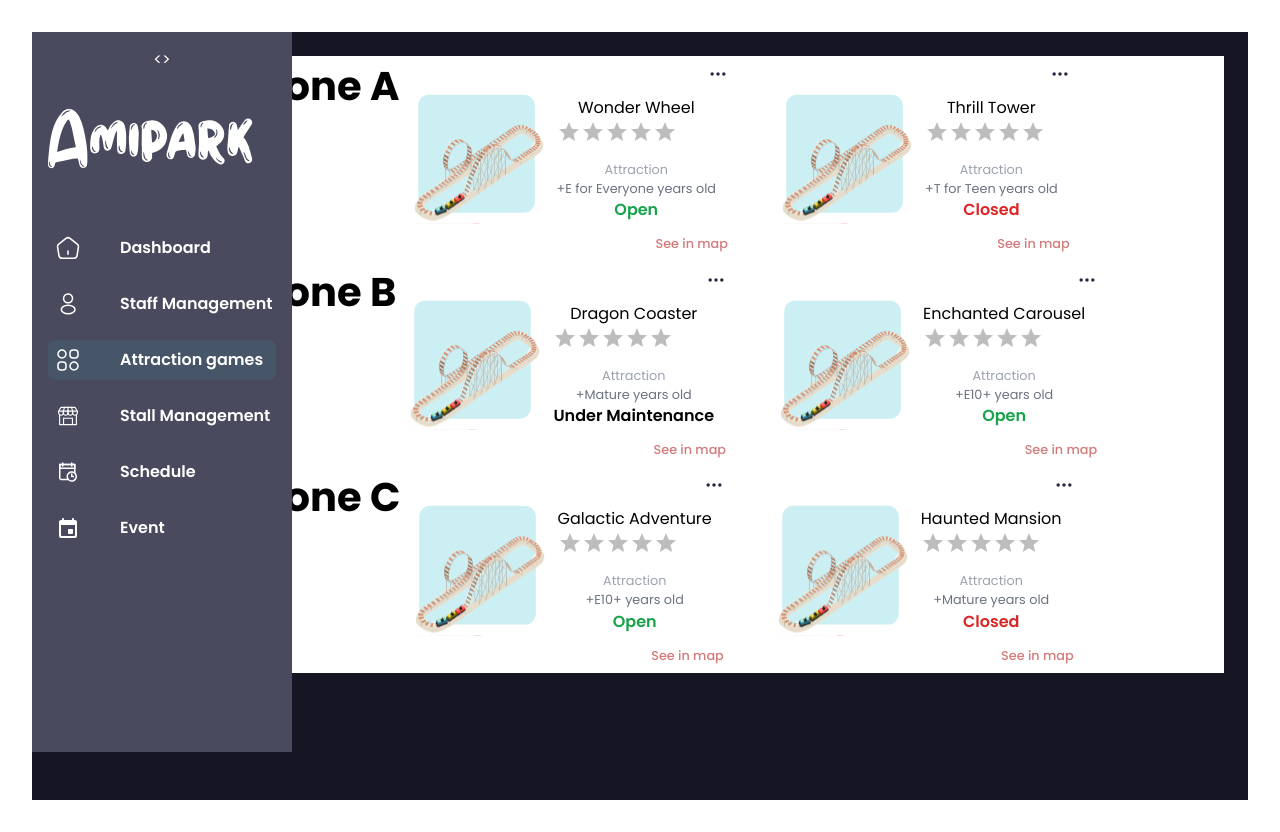
Repository: ImedBousakhria/BDD_AmusementPark_Management-Info
Page: /Attraction (app in client/)
The author's editor kept a copy of each file at every save. The page is drawn from the files as they stood at one save, then again after a run of saves.
The browser window is 1280 px wide. The pictures show the whole page.
The project was rebuilt for these pictures with package versions that can differ from the ones it lists, and the page was loaded fresh each time. Also part of the build but not shown: client/vite.config.js, client/src/SignIn.jsx, client/src/Signup.jsx, client/src/LandingPage.jsx, client/src/components/Selector.jsx, client/src/Schedule.jsx, client/src/components/charts/AttendanceBars.jsx, client/src/components/charts/AttractionBars.jsx and 9 more.

Above is the page before, as saved 2024-01-10 14:33:39.

### client/src/App.jsx
import React from "react";
import ReactDOM from "react-dom/client";
import { createRoot } from "react-dom/client";

import { BrowserRouter, Routes, Route } from "react-router-dom";

import SignIn from "./SignIn.jsx";
import SignUp from "./Signup.jsx";
import "./index.css";
import LandingPage from "./LandingPage.jsx";
import Schedule from "./Schedule.jsx";
import Dashboard from "./Dashboard.jsx";
import HomeLayout from "./components/super/HomeLayout.jsx";
import Attractions from "./Attractions.jsx";
import Event from "./Event.jsx";
import Stall from "./Stall.jsx";
import Staff from "./Staff.jsx";

const App = () => {
  return (
    <BrowserRouter>
      <Routes>
        <Route path={"/"} element={<LandingPage />} />

        <Route path={"/Signup"} element={<SignUp />} />
        <Route path={"/Signin"} element={<SignIn />} />
        <Route
          path={"/Schedule"}
          element={<HomeLayout pageComponent={<Schedule />} />}
        />
        <Route
          path={"/Home"}
          element={<HomeLayout pageComponent={<Dashboard />} />}
        />
        <Route
          path={"/Attraction"}
          element={<HomeLayout pageComponent={<Attractions />} />}
        />
        <Route
          path={"/Event"}
          element={<HomeLayout pageComponent={<Event />} />}
        />
        <Route
          path={"/Stall"}
          element={<HomeLayout pageComponent={<Stall />} />}
        />
        <Route
          path={"/Staff"}
          element={<HomeLayout pageComponent={<Staff />} />}
        />
      </Routes>
    </BrowserRouter>
  );
};

export default App;

const root = createRoot(document.getElementById("root"));
root.render(<App />);

### client/src/index.css
@import url("https://fonts.googleapis.com/css2?family=Poppins:wght@100;300;400;500;600;700&display=swap");

@tailwind base;
@tailwind components;
@tailwind utilities;

@layer base {
  a {
    @apply cursor-pointer;
  }
  h1 {
    @apply text-[50px] font-bold;
  }
  h2 {
    @apply text-[2.5rem] font-bold;
  }
  p {
  }
  h3 {
  }
  h4 {
    @apply text-[1rem] font-semibold;
  }
  textarea {
  }
  input {
  }
  select {
  }
}

* {
  font-family: "Poppins", sans-serif;
  box-sizing: border-box;
  padding: 0;
  margin: 0;
}

.bg-grad {
  background: linear-gradient(180deg, transparent 0%, #272741 80%);
}

.VerticalAppointment-content {
  width: max-content;
  color: "#333" !important ;
}
.Appointment-appointment {
  color: "#333" !important ;
}

.MainLayout-stickyElement {
  color: "#fff" !important;
}

.css-1675apn-MuiTableCell-root .Cell-highlightedText {
}


.nav-item::after {
  content: "";
  display: block;
  width: 0;
  height: 2px;
  margin-top: 2px;
  background-color: rgb(102, 209, 243);
  transition: width 0.3s;
}

.nav-item:hover::after {
  width: 100%;
}

.VerticalAppointment-title, .VerticalAppointment-textContainer {
  @apply text-gray-400 font-light
}

### client/src/components/super/HomeLayout.jsx
import React, { useState } from "react";
import SideBar from "./SideBar";

const HomeLayout = ({ pageComponent }) => {
  const [isSidebarOpen, setIsSidebarOpen] = useState(true);

  return (
    <div className=" flex bg-darkBG">
      <div
        className={` transition-all duration-300 ${
          isSidebarOpen ? " basis-[17%] " : " basis-[9%]"
        } `}
      >
        <SideBar
          isSidebarOpen={isSidebarOpen}
          setIsSidebarOpen={setIsSidebarOpen}
        />
      </div>

      <div
        className={` ${
          isSidebarOpen ? " basis-[80%] " : " basis-[80%]"
        } h-full w-full m-6 `}
      >
        {pageComponent}
      </div>
    </div>
  );
};

export default HomeLayout;

### client/src/Attractions.jsx
import React from "react";
import StaffList from "./components/StaffList";
import { zones } from "./consts";
import GameCard from "./components/GameCard";

const Attractions = () => {
  return (
    <div className="flex min-h-screen">
      <div className=" w-full">
        {zones.map((zone, zoneIndex) => (
          <div key={zoneIndex} className="bg-white flex">
            <h2>{zone.title}</h2>
            <div className="flex gap-[2rem]">
              {zone.games.map((game, gameIndex) => (
                <GameCard attraction={game} />
              ))}
            </div>
          </div>
        ))}
      </div>

      {/* <div className="basis-[60%]">
        <StaffList />
      </div> */}
    </div>
  );
};

export default Attractions;

### client/src/components/GameCard.jsx
import React, { useState } from "react";
import game from "../assets/icons/game.svg";
import moredots from "../assets/icons/moredots.svg";
import Rating from "@material-ui/lab/Rating";

const GameCard = ({attraction}) => {
  return (
    <div className="flex flex-col bg-white h-max w-max rounded-md p-2">
      <img
        src={moredots}
        className=" w-5 place-self-end cursor-pointer hover:opacity-60"
        alt=""
      />
      <div className="flex">
        <img src={game} alt="" />
        <Details
          title={attraction.title}
          genre={"Attraction"}
          age={attraction.ageRating}
          currentStatus={attraction.status}
        />
      </div>
      <small className=" text-customPink font-medium cursor-pointer place-self-end">
        See in map
      </small>
    </div>
  );
};

export default GameCard;

const Details = ({ title, userType, genre, age, currentStatus }) => {
  const [value, setValue] = useState(0);

  let statusColorClass = "";

  switch (currentStatus) {
    case "Open":
      statusColorClass = "text-green-600";
      break;
    case "Closed":
      statusColorClass = "text-red-600";
      break;
    case "Under maintenance":
      statusColorClass = "text-orange-600";
      break;
    default:
      statusColorClass = "";
  }

  return (
    <div className="flex flex-col p-3">
      <h3>{title}</h3>
      <Rating
        name="simple-controlled"
        value={value}
        readOnly={userType}
        onChange={(event, newValue) => {
          setValue(newValue);
        }}
      />
      <small className=" text-gray-400 mt-4">{genre}</small>
      <small className=" text-gray-500">+{age} years old</small>
      <p className={` ${statusColorClass} font-semibold`}>{currentStatus}</p>
    </div>
  );
};

### client/src/components/super/SideBar.jsx
import React, { useState } from "react";
import logo from "../../assets/icons/logo.svg";
import game from "../../assets/nav icons/attractions.svg";
import dashboard from "../../assets/nav icons/dashboard.svg";
import event from "../../assets/nav icons/event.svg";
import schedule from "../../assets/nav icons/schedule.svg";
import staff from "../../assets/nav icons/staff.svg";
import stall from "../../assets/nav icons/stall.svg";
import { Link, useLocation } from "react-router-dom";
import { motion } from "framer-motion";

const SideBar = ({ isSidebarOpen, setIsSidebarOpen }) => {
  const location = useLocation();
  const sidebarVariants = {
    open: { width: "260px" }, // Width while SideBar's open
    closed: { width: "70px" }, // Closed
  };

  const sidebarTransition = {
    type: "tween",
    duration: 0.3,
  };

  const toggleSidebar = (state) => {
    state === "on" ? setIsSidebarOpen(true) : setIsSidebarOpen(false);
  };

  return (
    <motion.div
      variants={sidebarVariants}
      initial="open"
      transition={sidebarTransition}
      animate={isSidebarOpen ? "open" : "closed"}
      className={`fixed h-screen bg-lightBG text-white p-4 flex flex-col `}
    >
      <div>
        <div className=" flex flex-col gap-[2rem]">
          <h3
            className="cursor-pointer"
            onClick={() => setIsSidebarOpen(!isSidebarOpen)}
          >
            {"<>"}
          </h3>
          <img
            src={logo}
            alt="Your Logo"
            className={`transition-transform origin-left duration-300      ${
              isSidebarOpen ? " scale-90" : ""
            }

            } `}
          />
        </div>
      </div>
      <div className="mt-10">
        <ul className="">
          <SidebarButton
            barState={isSidebarOpen}
            to="/home"
            icon={dashboard}
            text="Dashboard"
            currentPath={location.pathname}
            onClick={() => toggleSidebar("on")}
          />
          <SidebarButton
            barState={isSidebarOpen}
            to="/Staff"
            icon={staff}
            text="Staff Management"
            currentPath={location.pathname}
            onClick={() => toggleSidebar("on")}
          />
          <SidebarButton
            barState={isSidebarOpen}
            to="/Attraction"
            icon={game}
            text="Attraction games"
            currentPath={location.pathname}
            onClick={() => toggleSidebar("on")}
          />
          <SidebarButton
            barState={isSidebarOpen}
            to="/Stall"
            icon={stall}
            text="Stall Management"
            currentPath={location.pathname}
            onClick={() => toggleSidebar("on")}
          />

          <SidebarButton
            barState={isSidebarOpen}
            to={"/schedule"}
            icon={schedule}
            text="Schedule"
            currentPath={location.pathname}
            /* onClick={() => {
              toggleSidebar("on");
              toggleDropDown();
            }} */
            /* "Remove Token from Local Storage"); */
          />
          <SidebarButton
            barState={isSidebarOpen}
            to="/Event"
            icon={event}
            text="Event"
            currentPath={location.pathname}
            onClick={() => toggleSidebar("on")}
          />
        </ul>
      </div>
    </motion.div>
  );
};

function SidebarButton({ to, icon, text, currentPath, onClick, barState }) {
  const isCurrent = to === currentPath;

  return (
    <li onClick={onClick}>
      <Link
        to={to}
        className={`flex items-center p-2 rounded-lg transition-colors  my-4 flex-shrink-0 ${
          isCurrent ? " bg-slate-600" : " hover:bg-slate-800 "
        }
          `}
      >
        {/* <i className={`${icon} text-xl mr-2`} /> */}
        <img
          src={icon}
          className={` ${barState ? "  " : "  "} h-6 w-6 mr-10`}
          alt="notification"
        />

        <span
          className={`    transition-transform origin-left duration-300      ${
            barState ? "scale-100" : "scale-0"
          }
          min-w-max font-semibold monstserrat text-white `}
        >
          {text}
        </span>
      </Link>
    </li>
  );
}

export default SideBar;

### client/src/consts.js
export const zones = [
  {
    title: "Zone A",
    teams: [
      {
        name: "Team 1",
        staff: [
          { name: "Alice Johnson", email: "alice@example.com" },
          { name: "Bob Smith", email: "bob@example.com" },
        ],
      },
      {
        name: "Team 2",
        staff: [
          { name: "Charlie Brown", email: "charlie@example.com" },
          { name: "Diana Miller", email: "diana@example.com" },
        ],
      },
    ],
    games: [
      {
        title: "Wonder Wheel",
        ageRating: "E for Everyone",
        status: "Open",
      },
      {
        title: "Thrill Tower",
        ageRating: "T for Teen",
        status: "Closed",
      },
    ],
    stalls: [
      {
        name: "Stall 1",
        category: "Food",
      },
      {
        name: "Stall 2",
        category: "Gift",
      },
    ],
  },
  {
    title: "Zone B",
    teams: [
      {
        name: "Team 3",
        staff: [
          { name: "Eva Davis", email: "eva@example.com" },
          { name: "Frank Thomas", email: "frank@example.com" },
        ],
      },
      {
        name: "Team 4",
        staff: [
          { name: "Grace Wilson", email: "grace@example.com" },
          { name: "Henry Clark", email: "henry@example.com" },
        ],
      },
    ],
    games: [
      {
        title: "Dragon Coaster",
        ageRating: "Mature",
        status: "Under Maintenance",
      },
      {
        title: "Enchanted Carousel",
        ageRating: "E10+",
        status: "Open",
      },
    ],
    stalls: [
      {
        name: "Stall 3",
        category: "Food",
      },
      {
        name: "Stall 4",
        category: "Gift",
      },
    ],
  },
  {
    title: "Zone C",
    teams: [
      {
        name: "Team 5",
        staff: [
          { name: "Isaac White", email: "isaac@example.com" },
          { name: "Jessica Turner", email: "jessica@example.com" },
        ],
      },
      {
        name: "Team 6",
        staff: [
          { name: "Kevin Harris", email: "kevin@example.com" },
          { name: "Laura Evans", email: "laura@example.com" },
        ],
      },
    ],
    games: [
      {
        title: "Galactic Adventure",
        ageRating: "E10+",
        status: "Open",
      },
      {
        title: "Haunted Mansion",
        ageRating: "Mature",
        status: "Closed",
      },
    ],
    stalls: [
      {
        name: "Stall 5",
        category: "Food",
      },
      {
        name: "Stall 6",
        category: "Gift",
      },
    ],
  },
  // Add more zones as needed
];

### client/tailwind.config.js
/** @type {import('tailwindcss').Config} */
module.exports = {
  content: ["./src/**/*.{js,jsx,ts,tsx}"],
  theme: {
    extend: {
      colors: {
        customGray : "#F5F5F5",
        customDark : "#323134",
        customPink : "#D37A7B",
        customPurple : "#A5A4FF",
        customYellow : "#F9B234",
        customBlue : "#1ABBED",
        primaryBG: "#272741",
        lightBG: "#4A4A5F",
        darkBG: "#151523",

        creamYellow: "#FBCB77",
        creamPink: "#F1B7C1",
        creamBlue: "#66D1F3",
        creamPurple: "#BBB4D7",
        creamGreen: "#A7EAD1",
        creamOrange: "#FFCEAB",
        creamLime: "#E3E9BE"

      },
    },
  },
  plugins: [],
};

Loaded but not shown: client/index.html (common file); client/src/App.css (common file)

After the next 4 saves:
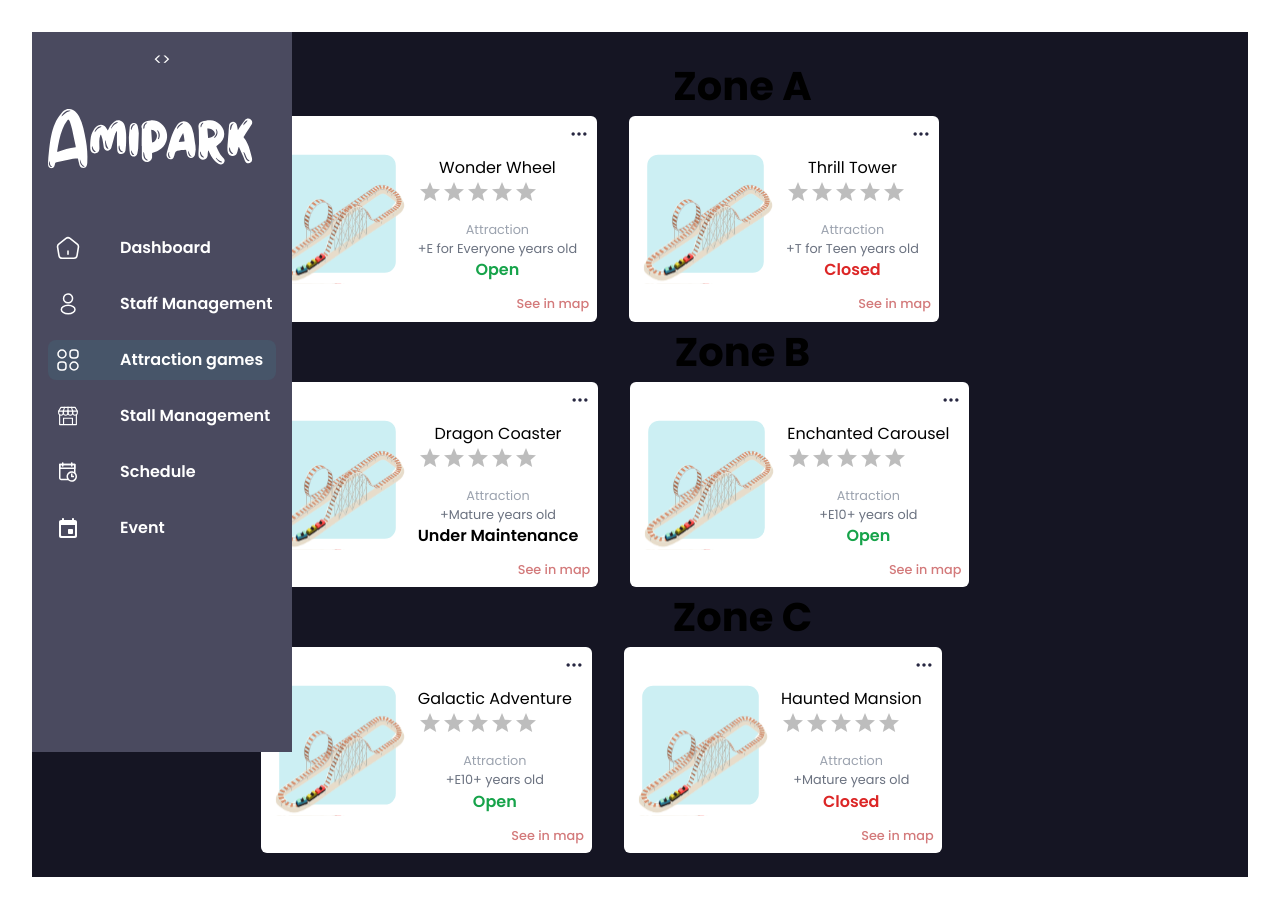
The 4 saves are shown as one change because they came seconds apart.
The last was saved 15 s later.
--- a/client/src/Attractions.jsx
+++ b/client/src/Attractions.jsx
@@ -8,7 +8,7 @@ const Attractions = () => {
     <div className="flex min-h-screen">
       <div className=" w-full">
         {zones.map((zone, zoneIndex) => (
-          <div key={zoneIndex} className="bg-white flex">
+          <div key={zoneIndex} className="">
             <h2>{zone.title}</h2>
             <div className="flex gap-[2rem]">
               {zone.games.map((game, gameIndex) => (
